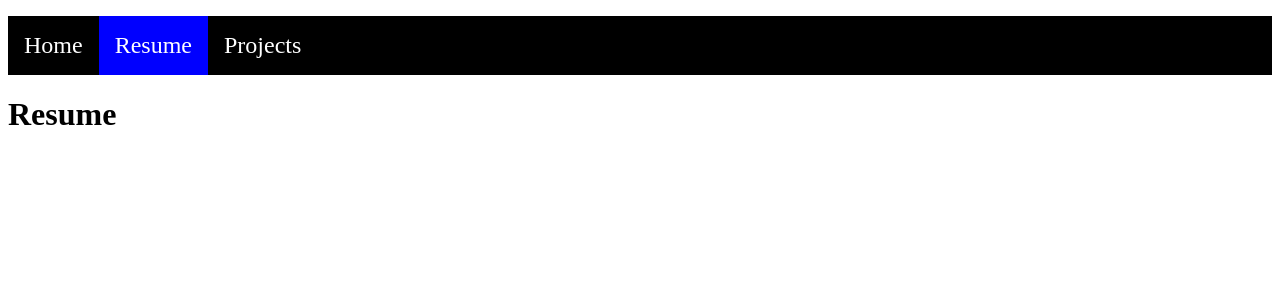
Repository: pflores002/pflores002.github.io
Page: resume.html
The author's editor kept a record of every edit. The page is drawn from the files as they stood at one moment, then again after the next edit.
The browser window is 1280 px wide. The pictures show the whole page.

Above is the page before.

After the next edit:
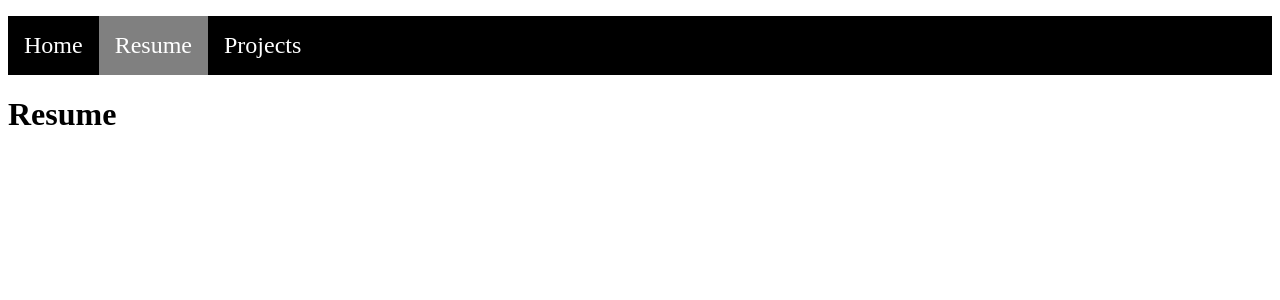
The edit:
--- a/resume.html
+++ b/resume.html
@@ -2,56 +2,7 @@
 <html>
     <head>
         <title>Home</title>
-
-
-        <style>
-            .navbar{
-                list-style:none;
-                background-color:black;
-                overflow: hidden;
-                padding: 0;
-            }
-
-            .navbar a, .dropdown div{
-                text-decoration:none;
-                color: white;
-                font-size: 24px;
-                padding: 16px;
-                display: inline-block;
-
-            }
-
-            .navbar li{
-                float: left;
-
-            }
-
-            .navbar li:hover{
-                background-color: pink;
-            }
-
-            .dropdown-content{
-                list-style:none;
-                padding: 0;
-                display:none;
-                position:absolute;
-                z-index: 1;
-                background-color:black;
-            }
-
-            .dropdown-content li{
-                float:none;
-
-            }
-
-            .dropdown:hover .dropdown-content{
-                display:block;
-            }
-
-            .active{
-                background-color:blue;
-            }
-        </style>
+        <link rel="stylesheet" type="text/css" href="style.css">
 
     </head>
     <body>
